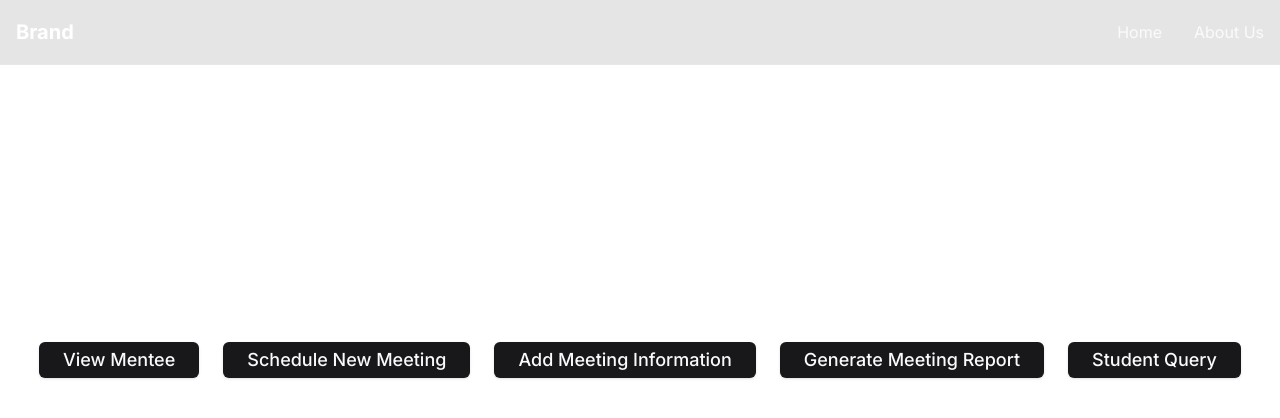
Repository: gauravbhindwar/mentorlink
Page: /pages/mentor/mentordashboard
The author's editor kept a copy of each file at every save. The page is drawn from the files as they stood at one save, then again after the next save.
The browser window is 1280 px wide. The pictures show the whole page.
The project was rebuilt for these pictures with package versions that can differ from the ones it lists, and the page was loaded fresh each time. The framework's server and built-in components were replaced by stand-ins that run in the browser. Also part of the build but not shown: next.config.js, next.config.ts.

Above is the page before, as saved 2024-11-07 01:31:53.

After the next save:
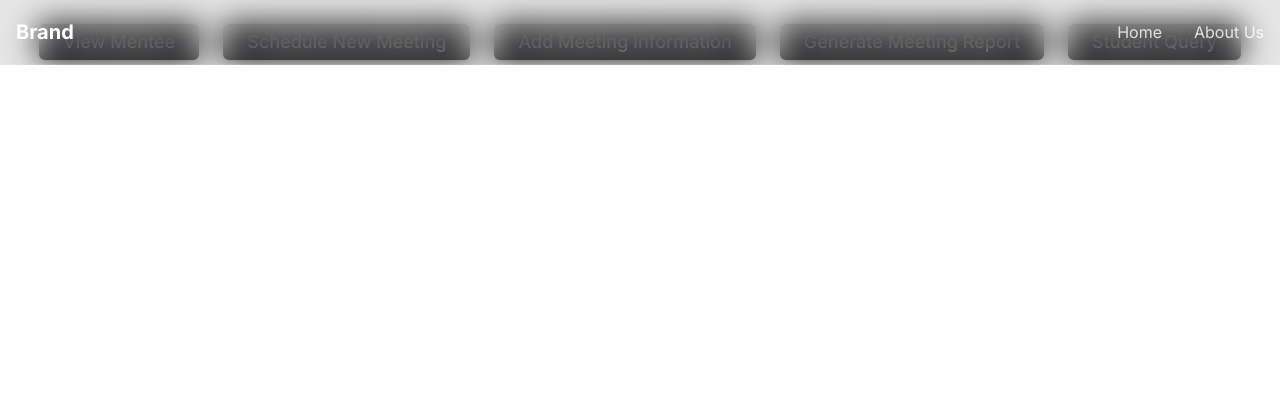
Saved 55 s later.
--- a/src/components/mentor/MentorDashBoard.jsx
+++ b/src/components/mentor/MentorDashBoard.jsx
@@ -3,7 +3,7 @@ import { Button } from '../ui/button'
 
 const MentorDashBoard = () => {
     return (
-        <div className='flex flex-col justify-center items-center min-h-screen'>
+        <div className='flex flex-col justify-start items-center min-h-screen py-6'>
             {/* Buttons Section */}
             <div className='flex flex-wrap gap-6 justify-center items-center'>
                 <div className='flex justify-center items-center'>
